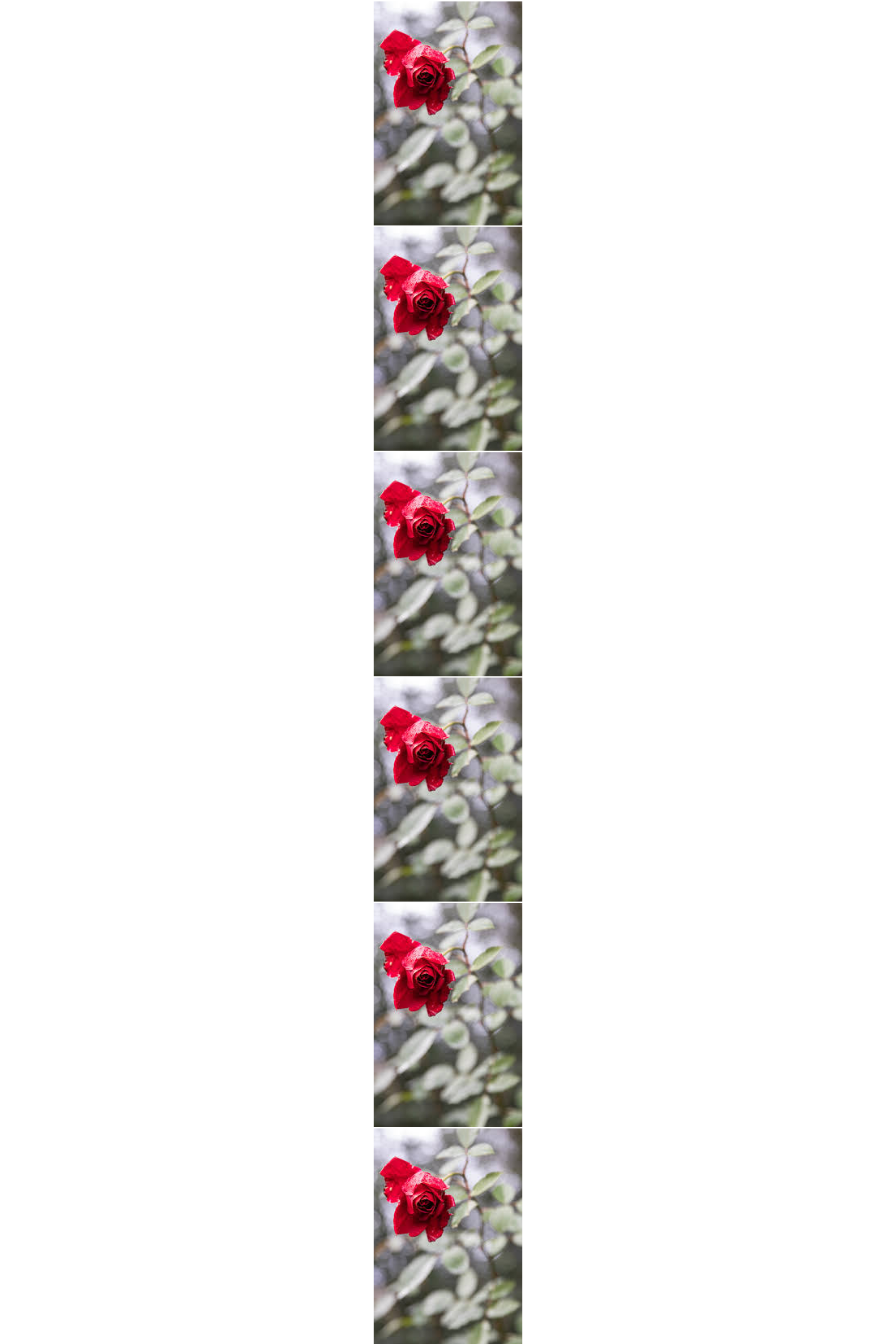
Repository: vakharia5/Preview
Page: /
An editor plug-in stored every save of this project. The page is shown before and after the next save, followed by the edit.
The browser window is 1280 px wide. The pictures show the part of the page from y = 0 to 1920 px (the page is 2636 px tall before and 2620 px after), at 70% of full size.
The project was rebuilt for these pictures with package versions that can differ from the ones it lists, and the page was loaded fresh each time.

Above is the page before, as saved 2020-06-22 14:36:52.

After the next save:
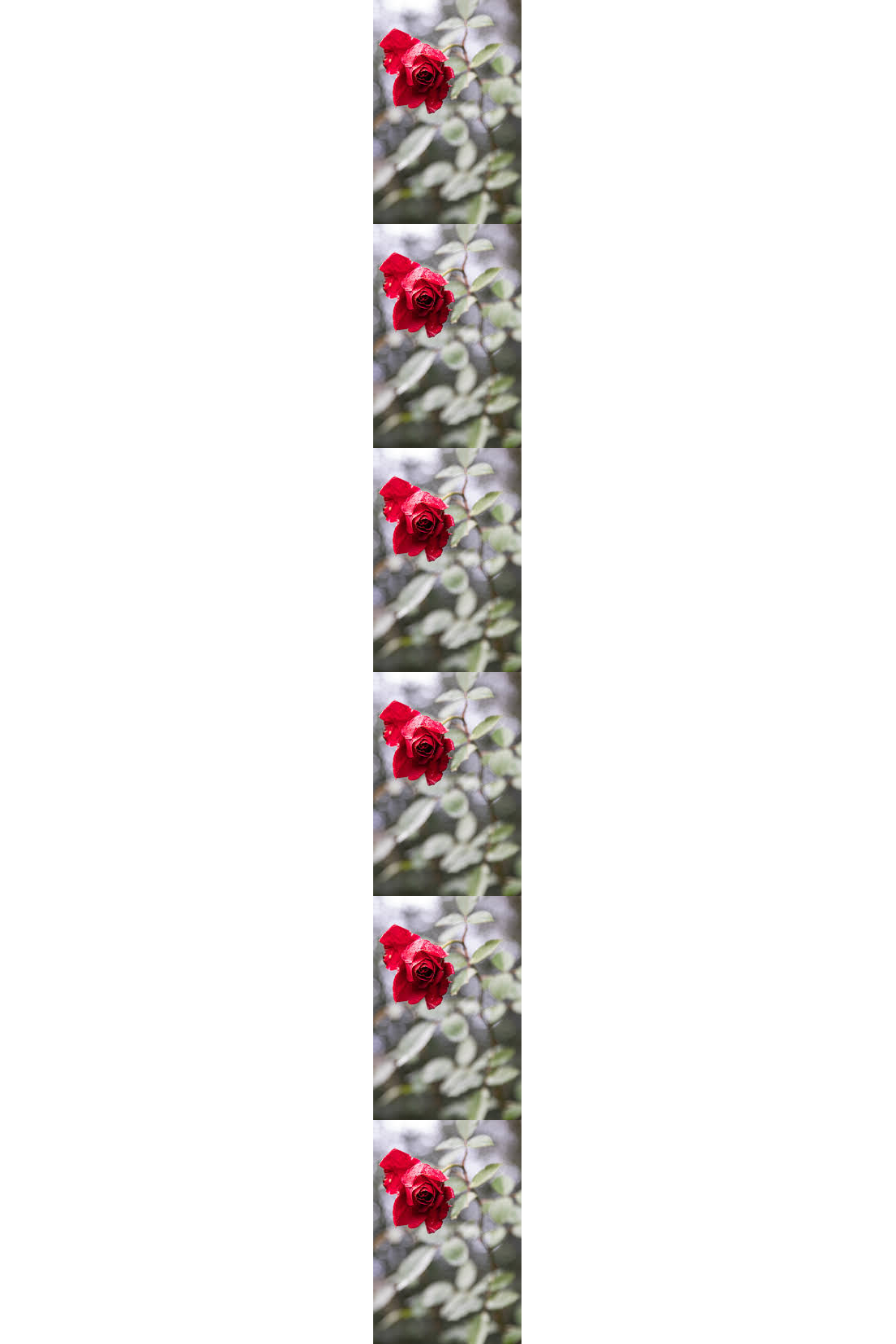
Saved 51 s later.
--- a/src/assets/css/Style.css
+++ b/src/assets/css/Style.css
@@ -1,6 +1,6 @@
 .card{
     height: 20rem;
-    margin: 2px;
+    margin-right: 2px;
 }
 
 .cardImage {
